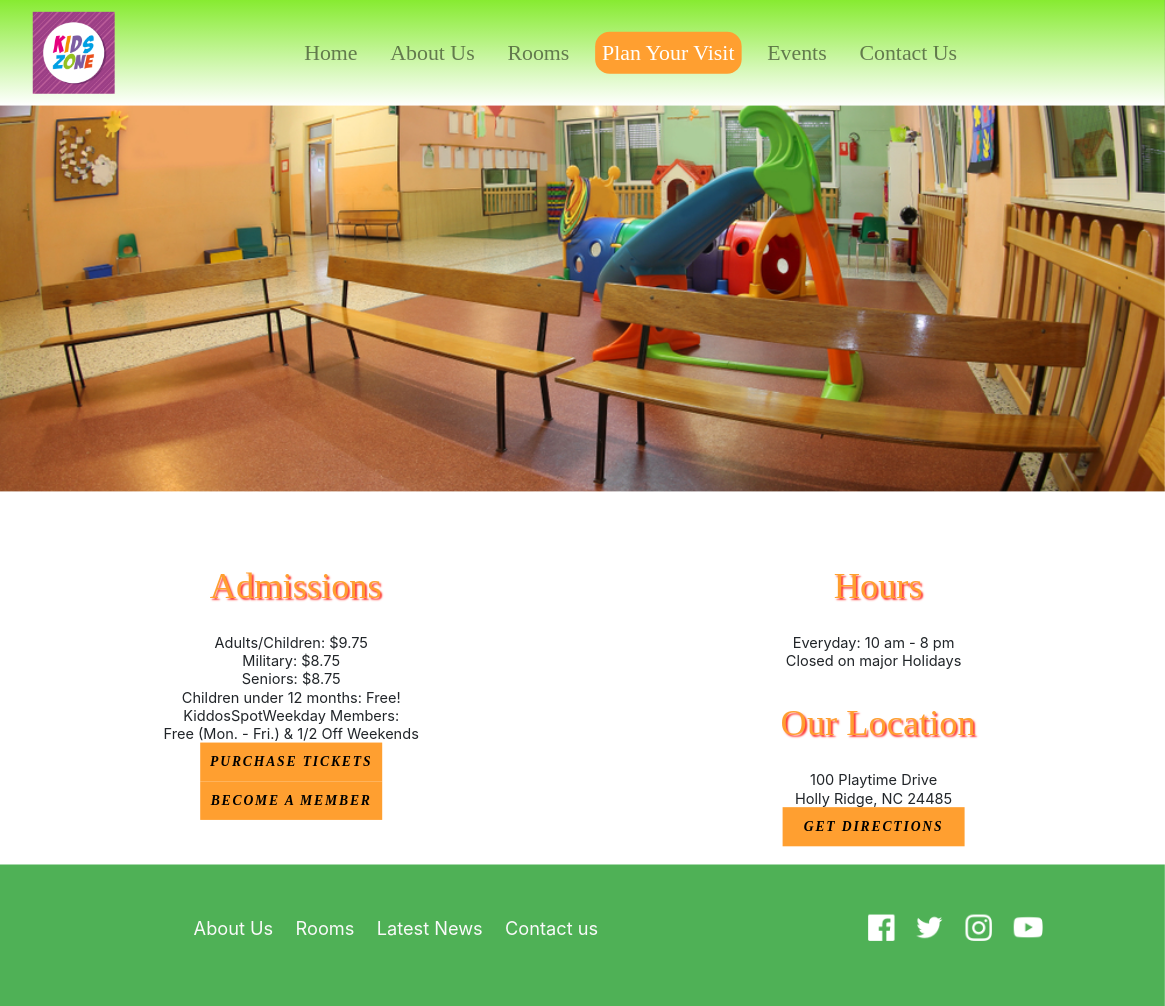
Repository: Code-Institute-Submissions/my-first-frontend-milestone-project
Page: planyourvisit.html
The author's editor kept a record of every edit. The page is drawn from the files as they stood at one moment, then again after the next edit.
The browser window is 1280 px wide. The pictures show the whole page, at 91% of full size.
Some web fonts or font styles are not loaded; a fallback is used.

Above is the page before.

### planyourvisit.html
<!DOCTYPE html>
<html lang="en">

<head>
    <meta charset="UTF-8">
    <meta name="viewport" content="width=device-width, initial-scale=1.0">
    <meta http-equiv="X-UA-Compatible" content="ie=edge">
    <script src="https://code.jquery.com/jquery-3.3.1.slim.min.js" integrity="sha384-q8i/X+965DzO0rT7abK41JStQIAqVgRVzpbzo5smXKp4YfRvH+8abtTE1Pi6jizo" crossorigin="anonymous"></script>
    <script src="https://cdnjs.cloudflare.com/ajax/libs/popper.js/1.14.7/umd/popper.min.js" integrity="sha384-UO2eT0CpHqdSJQ6hJty5KVphtPhzWj9WO1clHTMGa3JDZwrnQq4sF86dIHNDz0W1" crossorigin="anonymous"></script>
    <link rel="stylesheet" href="https://stackpath.bootstrapcdn.com/bootstrap/4.3.1/css/bootstrap.min.css" integrity="sha384-ggOyR0iXCbMQv3Xipma34MD+dH/1fQ784/j6cY/iJTQUOhcWr7x9JvoRxT2MZw1T" crossorigin="anonymous">
    <script src="https://stackpath.bootstrapcdn.com/bootstrap/4.3.1/js/bootstrap.min.js" integrity="sha384-JjSmVgyd0p3pXB1rRibZUAYoIIy6OrQ6VrjIEaFf/nJGzIxFDsf4x0xIM+B07jRM" crossorigin="anonymous"></script>
    <link rel="stylesheet" href="https://maxcdn.bootstrapcdn.com/font-awesome/4.7.0/css/font-awesome.min.css" type="text/css" />
    <link rel="stylesheet" href="css/style.css">
    <title>KiddosSpot</title>
</head>

<body>
    <header>
        <!-- Used Bootstrap for basic nav. EGB -->
        <nav class="navbar fixed-top navbar-light
         navbar-expand-lg  navbar-fixed-top navstyle">
            <a class="navbar-brand" href="#">
           <img src="./images/logo.jpg" class="logo" alt="Kid's Spot Logo">
          </a>
            <button class="navbar-toggler" type="button" data-toggle="collapse" data-target="#navbarSupportedContent" aria-controls="navbarSupportedContent" aria-expanded="false" aria-label="Toggle navigation">
              <span class="navbar-toggler-icon"></span>
          </button>
            <div class="collapse navbar-collapse" id="navbarSupportedContent">
                <ul class="nav navbar-nav mr-auto" style=" margin: 0 auto;">
                    <li class="nav-item">
                        <a class="nav-link" href="index.html">Home <span class="sr-only">(current)</span></a>
                    </li>
                    <li class="nav-item">
                        <a class="nav-link about-menu" href="about.html">About Us</a>
                    </li>
                    <li class="nav-item">
                        <a class="nav-link" href="rooms.html">Rooms</a>
                    </li>
                    <li class="nav-item active4">
                        <a class="nav-link" href="planyourvisit.html">Plan Your Visit</a>
                    </li>
                    <li class="nav-item">
                        <a class="nav-link" href="events.html">Events</a>
                    </li>
                    <li class="nav-item">
                        <a class="nav-link" href="contact.html">Contact Us</a>
                    </li>
            </div>
        </nav>
    </header>

    <section>
        <!-- Bootstrap grid approach for columns -->
        <div class="container-fluid">
            <div class="row">
                <div class="col-12 banner-your-visit"> </div>
            </div>
            <div class = "row">
                <div class= "col-md-6 compact-paragraph">
                    <h2 class="subtitle-plan-your-visit">Admissions</h2>
                    <p>Adults/Children: $9.75</p>
                    <p>Military: $8.75</p>
                    <p>Seniors: $8.75</p>
                    <p>Children under 12 months: Free!</p>
                    <p>KiddosSpotWeekday Members:</p>
                    <p>Free (Mon. - Fri.) & 1/2 Off Weekends</p>
                    <div>
                        <a class="getdirections-btn" href="#"><em>Purchase Tickets</em></a>
                    </div>
                    <div>
                        <a class="getdirections-btn" href="#"><em>Become a member</em></a>
                    </div>
                </div>
                <div class= "col-md-6 compact-paragraph">
                    <h2 class="subtitle-plan-your-visit">Hours</h2>
                    <p>Everyday: 10 am - 8 pm</p>
                    <p>Closed on major Holidays</p>
                    <h2 class="subtitle-plan-your-visit" style="padding-top:15px;">Our Location</h2>
                    <p>100 Playtime Drive</p>
                    <p>Holly Ridge, NC 24485</p>
                    <div>
                        <a class="getdirections-btn" href="#"><em>Get Directions</em></a>
                    </div>
                </div>
            </div>
        </div>
        <!-- container fluid -->
    </section>
    <footer class="container-fluid">
        <div id="footer-details" class="row">
            <div class="col-sm-8">
                <nav id="menu-widget-2">
                    <ul>
                        <li>
                            <a href="about.html">About Us</a></li>
                        <li>
                            <a href="rooms.html">Rooms</a></li>
                        <li>
                            <a href="news.html">Latest News</a></li>
                        <li>
                            <a href="contact.html">Contact us</a></li>
                    </ul>
                </nav>
            </div>
            <div id="social-media" class="col-sm-4">
                <a href="#" target="_blank">
                        <img src="./images/facebook.png">
                </a>
                <a href="#" target="_blank">
                        <img src="./images/twitter.png">
                </a>
                <a href="#" target="_blank">
                        <img src="./images/instagram.png">
                </a>
                <a href="#" target="_blank">
                        <img src="./images/youtube.png">
                </a>
            </div>
        </div>
    </footer>
</body>

</html>

Loaded but not shown: css/style.css (946 lines, source omitted)

After the next edit:
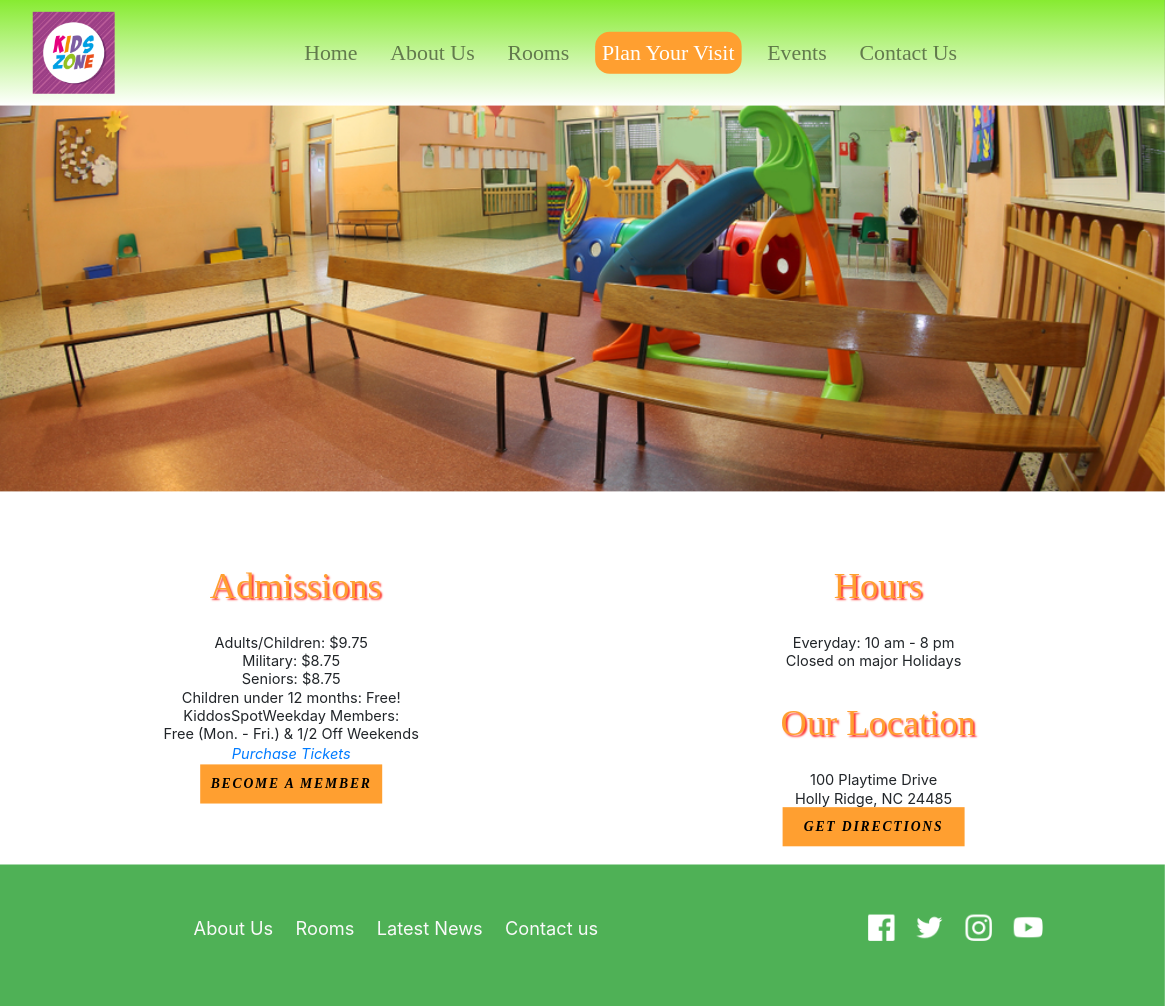
The edit:
--- a/planyourvisit.html
+++ b/planyourvisit.html
@@ -65,7 +65,7 @@
                     <p>KiddosSpotWeekday Members:</p>
                     <p>Free (Mon. - Fri.) & 1/2 Off Weekends</p>
                     <div>
-                        <a class="getdirections-btn" href="#"><em>Purchase Tickets</em></a>
+                        <a class="gettickets-btn" href="#"><em>Purchase Tickets</em></a>
                     </div>
                     <div>
                         <a class="getdirections-btn" href="#"><em>Become a member</em></a>
